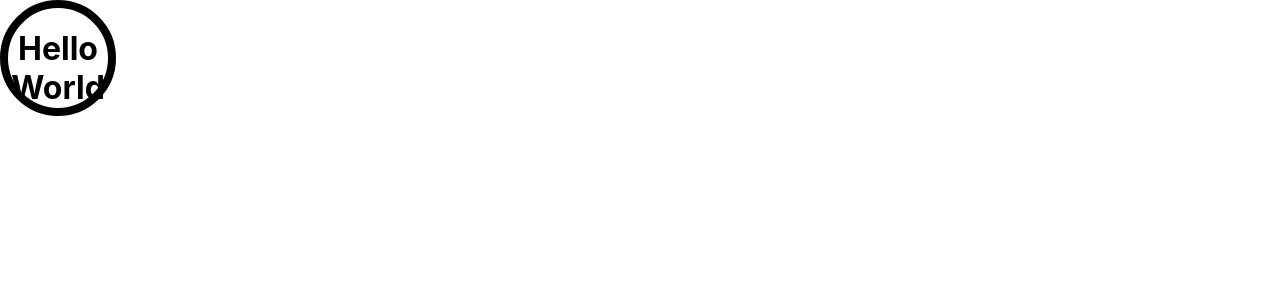
Repository: DeepikaSuretek/React
Page: / (app in practice-app/)
These files come from the project's save history. The page is drawn as it stood at one moment and after the next save; the edit follows.
The browser window is 1280 px wide. The pictures show the whole page.
The project was rebuilt for these pictures with package versions that can differ from the ones it lists, and the page was loaded fresh each time.

Above is the page before, as saved 2024-07-08 17:37:19.

After the next save:
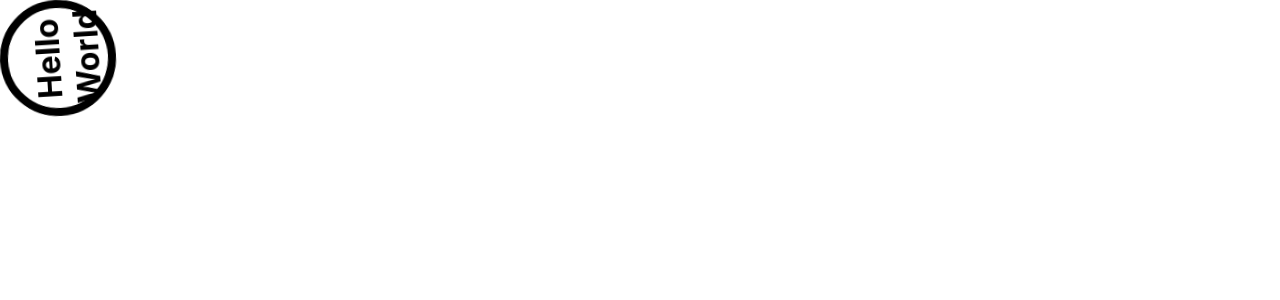
Saved 13 s later.
--- a/practice-app/src/App.css
+++ b/practice-app/src/App.css
@@ -43,5 +43,5 @@
   border: 8px solid;
   background-color: black black black red;
   border-radius: 50%;
-  animation: App-logo-sp 2s linear infinite;
+  animation: App-logo-spin 2s linear infinite;
 }
